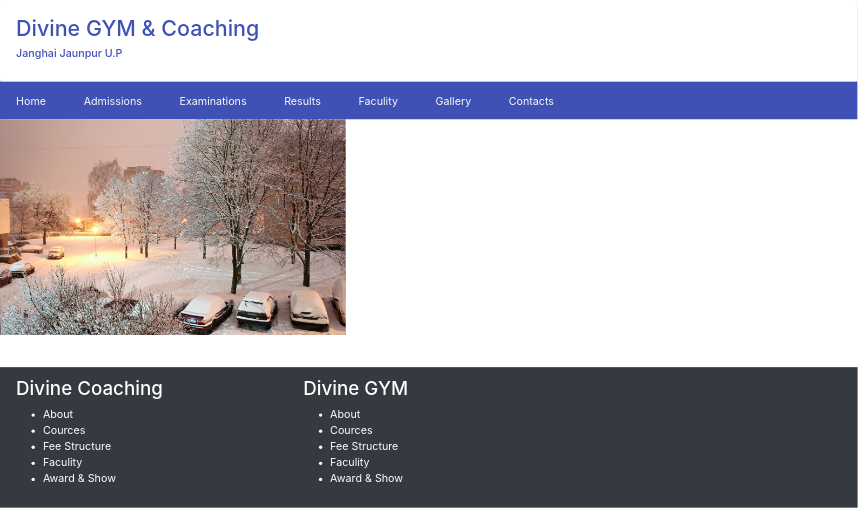
Repository: lalji-yadav/vikash-Coaching-frontend
Page: /gallery
These files come from the project's save history. The page is drawn as it stood at one moment and after the next save; the edit follows.
The browser window is 1280 px wide. The pictures show the whole page, at 67% of full size.
The project was rebuilt for these pictures with package versions that can differ from the ones it lists, and the page was loaded fresh each time. Also part of the build but not shown: src/index.css, src/home/home.js, src/component/admission/admission.js, src/component/examination/examination.js, src/component/results/result.js, src/component/faculity/faculity.js.

Above is the page before, as saved 2021-04-10 21:49:03.

### public/index.html
<!DOCTYPE html>
<html lang="en">
  <head>
    <meta charset="utf-8" />
    <link rel="icon" href="%PUBLIC_URL%/favicon.ico" />
    <meta name="viewport" content="width=device-width, initial-scale=1" />
    <meta name="theme-color" content="#000000" />
    <meta
      name="description"
      content="Web site created using create-react-app"
    />


    <link rel="preconnect" href="https://fonts.gstatic.com">
    <link href="https://fonts.googleapis.com/css2?family=Open+Sans:wght@400;700&display=swap" rel="stylesheet">

    <link rel="apple-touch-icon" href="%PUBLIC_URL%/logo192.png" />
    <!--
      manifest.json provides metadata used when your web app is installed on a
      user's mobile device or desktop. See https://developers.google.com/web/fundamentals/web-app-manifest/
    -->
    <link rel="manifest" href="%PUBLIC_URL%/manifest.json" />


    <link rel="preconnect" href="https://fonts.gstatic.com">
<link href="https://fonts.googleapis.com/css2?family=Open+Sans&display=swap" rel="stylesheet">
    <!--
      Notice the use of %PUBLIC_URL% in the tags above.
      It will be replaced with the URL of the `public` folder during the build.
      Only files inside the `public` folder can be referenced from the HTML.

      Unlike "/favicon.ico" or "favicon.ico", "%PUBLIC_URL%/favicon.ico" will
      work correctly both with client-side routing and a non-root public URL.
      Learn how to configure a non-root public URL by running `npm run build`.
    -->
    <title>React App</title>
  </head>
  <body>
    <noscript>You need to enable JavaScript to run this app.</noscript>
    <div id="root"></div>
    <!--
      This HTML file is a template.
      If you open it directly in the browser, you will see an empty page.

      You can add webfonts, meta tags, or analytics to this file.
      The build step will place the bundled scripts into the <body> tag.

      To begin the development, run `npm start` or `yarn start`.
      To create a production bundle, use `npm run build` or `yarn build`.
    -->
  </body>
</html>

### src/App.js
import React from 'react';
import Header from "../src/header/header"
import { BrowserRouter } from 'react-router-dom';
import Footer from '../src/footer/footer'


function App() {
  return (
    <div style={{overflowX:"hidden"}}>

      <BrowserRouter>
          <Header />
      </BrowserRouter>


      {/* <Routers /> */}


      <Footer />

    </div>
  );
}

export default App;

### src/header/header.js
import React, { Component } from 'react';
import   "./headers.css"
import {Navbar, Nav, NavDropdown,Button,Dropdown} from 'react-bootstrap';
import { Card } from '@material-ui/core';
import {
    BrowserRouter as Router,
    Switch,
    Route,
    Link
  } from "react-router-dom";
import Routers from "../router/router"

class header extends Component {
    render() {
        return (
            <div>
                <Card className="py-4 pl-4">
                    <h2 style={{color:"#3f51b5"}}>Divine GYM & Coaching </h2>
                    <h6 style={{color:"#3f51b5"}}>Janghai Jaunpur U.P</h6>
                </Card>

                <Navbar style={{backgroundColor:"#3f51b5"}} variant="light" expand="lg">
                    <Navbar.Toggle aria-controls="basic-navbar-nav" />
                    <Navbar.Collapse id="basic-navbar-nav">
                    <Nav className="text-light">
                        <Nav.Link className="text-light pr-5" as={Link} to="/home">Home</Nav.Link>
                        <Nav.Link className="text-light pr-5" as={Link} to="/admission">Admissions</Nav.Link>
                        <Nav.Link className="text-light pr-5" as={Link} to="/examination">Examinations</Nav.Link>
                        <Nav.Link className="text-light pr-5" as={Link} to="/results">Results</Nav.Link>
                        <Nav.Link className="text-light pr-5" as={Link} to="/faculity">Faculity</Nav.Link>
                        <Nav.Link className="text-light pr-5" as={Link} to="/gallery">Gallery</Nav.Link>
                        <Nav.Link className="text-light pr-5" as={Link} to="/service">Contacts</Nav.Link>

                    </Nav>
                    </Navbar.Collapse>
                </Navbar>

                <Routers> </Routers>

            </div>
        );
    }
}

export default header;

### src/footer/footer.js
import React, { Component } from 'react';
// import { Card } from 'react-bootstrap';

class footer extends Component {
    render() {
        return (
              <div className="row bg-dark text-white mt-5 py-3 pl-4">

                  <div className="col-sm-4">
                  <h3> Divine Coaching </h3>
                  <ul>
                         <li> About </li>
                         <li> Cources </li>
                         <li> Fee Structure </li>
                         <li> Faculity </li>
                         <li> Award & Show </li>
                     </ul>
                  </div>

                  <div className="col-sm-4">
                  <h3> Divine GYM </h3>
                  <ul>
                         <li> About </li>
                         <li> Cources </li>
                         <li> Fee Structure </li>
                         <li> Faculity </li>
                         <li> Award & Show </li>
                     </ul>
                  </div>
              </div>
        );
    }
}

export default footer;

### src/header/headers.css
.header {
    color: black;
    font-size: 2vw;
    padding: 25px 10px 25px 10px;
    background-color: rgb(150, 153, 150);
}
.nav.navbar-nav.navbar-right li a {
    color: blue;
}
.nav-link {
    color: white;
  }
#nav-link {
   color: white;
}
a:hover {
    color: wheat;
}
@media (min-width: 992px) {
.navbar-expand-lg .navbar-nav .nav-link {
    padding-right: 5.5rem;
    padding-left: 5.5rem;
}
}

### src/router/router.js
import React, { Component } from 'react';
import {
    Switch,
    Route,
    Link
  } from "react-router-dom";
  import Home from '../home/home'
  import Admission from "../component/admission/admission"
  import Examination from "../component/examination/examination"
  import Result from "../component/results/result"
  import Faculity from "../component/faculity/faculity"
import Gallery from '../component/gallery/gallery';

class router extends Component {
    render() {
        return (
            <div>
                   <Switch>
                    <Route exact path="/" component={Home} />
                    <Route exact path="/home" component={Home} />
                    <Route exact path="/admission" component={Admission} />
                    <Route exact path="/examination" component={Examination} />
                    <Route exact path="/results" component={Result} />
                    <Route exact path="/faculity" component={Faculity} />
                    <Route exact path="/gallery" component={Gallery} />
                    </Switch>

            </div>
        );
    }
}

export default router;

### src/component/gallery/gallery.js
import { Height } from '@material-ui/icons';
import React, { Component } from 'react';

class gallery extends Component {
    render() {
        return (
            <div>
                <div className="row">
                    <div className="col-md-5">

                        <img style={{width:"100%"}} src={process.env.PUBLIC_URL + '/image/gallery/Admin/0 (22) - Copy.jpg'} alt="" />

                    </div>

                    <div className="col-md-5">

                    </div>


                </div>
            </div>
        );
    }
}

export default gallery;

Loaded but not shown: src/index.js (common file); src/serviceWorker.js (common file)

After the next save:
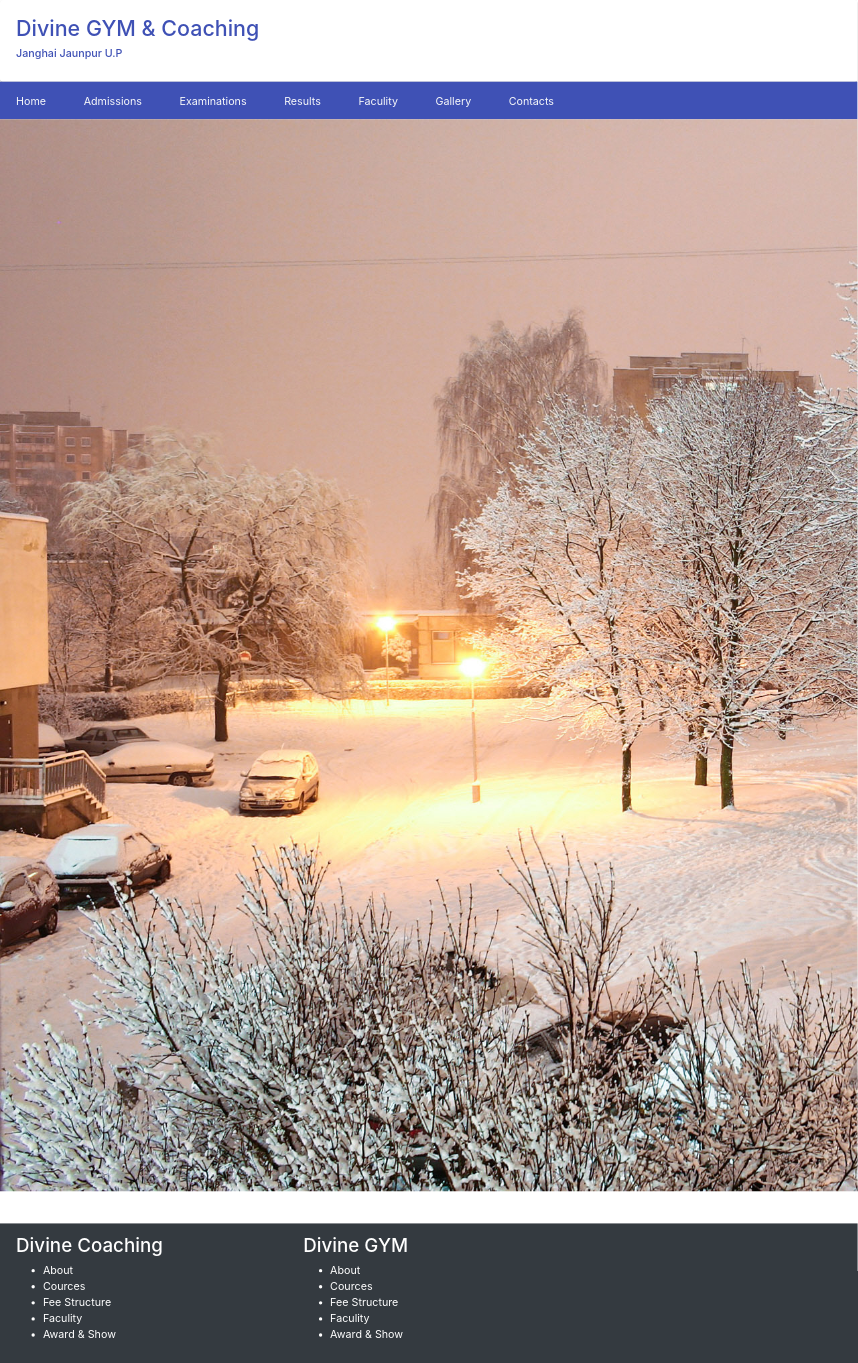
Saved 14 s later.
--- a/src/component/gallery/gallery.js
+++ b/src/component/gallery/gallery.js
@@ -8,7 +8,7 @@ class gallery extends Component {
                 <div className="row">
                     <div className="col-md-5">
 
-                        <img style={{width:"100%"}} src={process.env.PUBLIC_URL + '/image/gallery/Admin/0 (22) - Copy.jpg'} alt="" />
+                        <img src={process.env.PUBLIC_URL + '/image/gallery/Admin/0 (22) - Copy.jpg'} alt="" />
 
                     </div>
 
